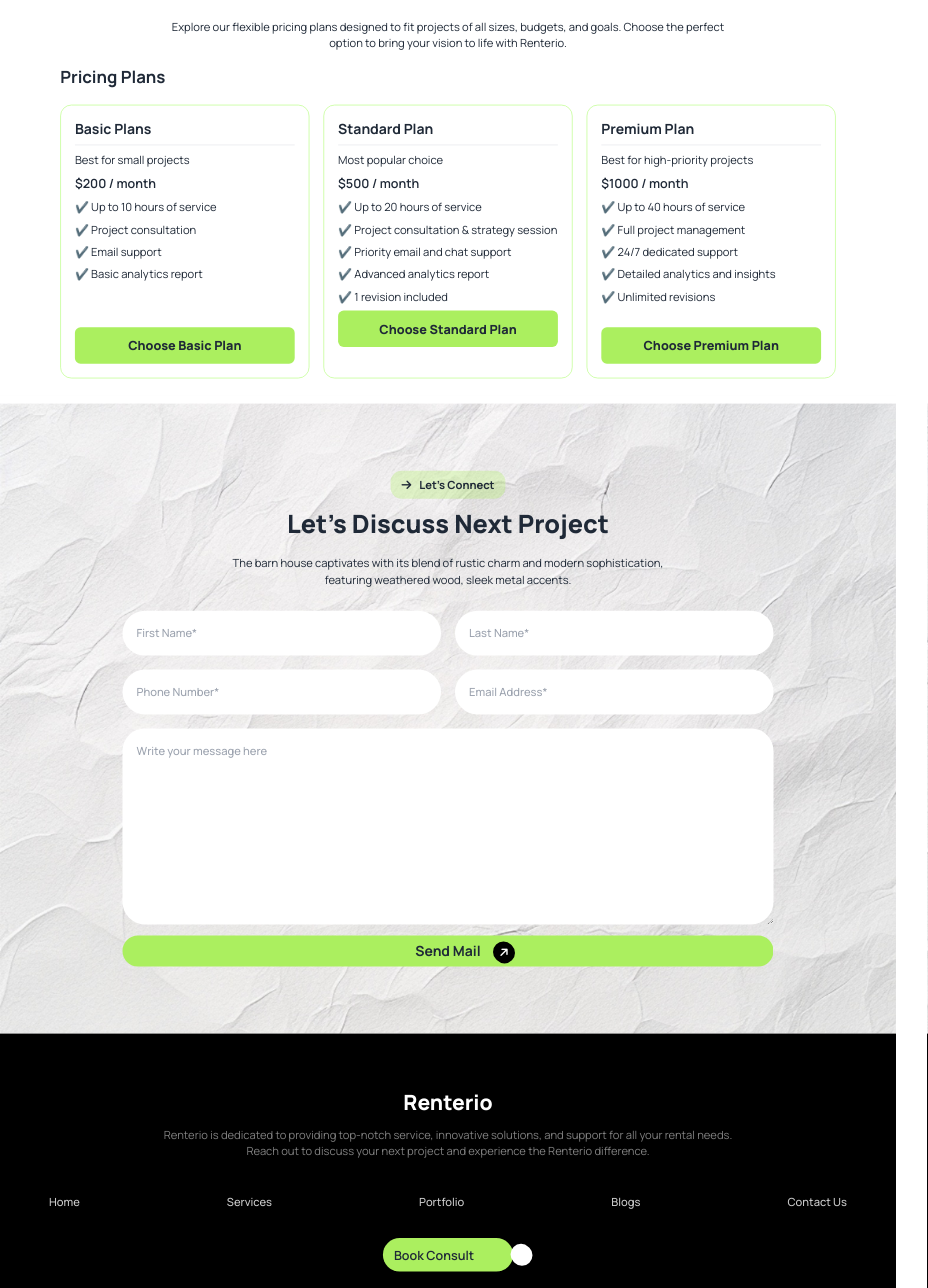
Repository: Tanvir4312/assignment-03
Page: index.html
These files come from the project's save history. The page is drawn as it stood at one moment and after the next save; the edit follows.
The browser window is 1280 px wide. The page is 1325 px wide, so the pictures cover 1325 px, including what lies to the right of the window. The pictures show the part of the page from y = 3182 to 5022 px (the page is 5022 px tall), at 70% of full size.
Some web libraries are served in a nearby version.

Above is the page before, as saved 2024-10-30 21:48:39.

After the next save:
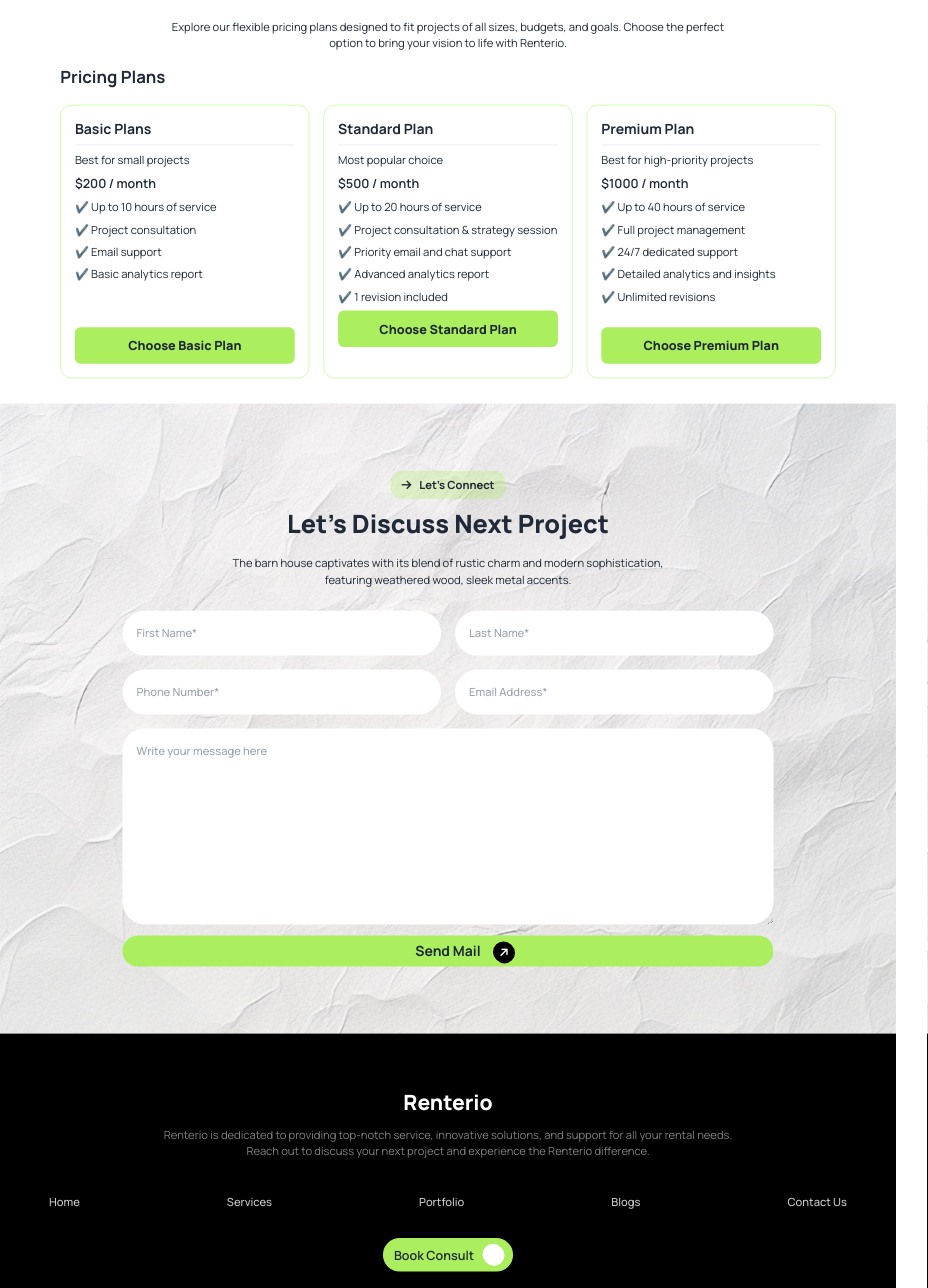
Saved 6 s later.
--- a/index.html
+++ b/index.html
@@ -416,7 +416,7 @@
                         Consult</button>
                 </div>
                 <i
-                    class="fa-solid fa-arrow-right -rotate-45 bg-white text-white p-2 rounded-full absolute top-2 right-[450px] "></i>
+                    class="fa-solid fa-arrow-right -rotate-45 bg-white text-white p-2 rounded-full absolute top-2 right-[490px] "></i>
             </div>
 
         </div>
